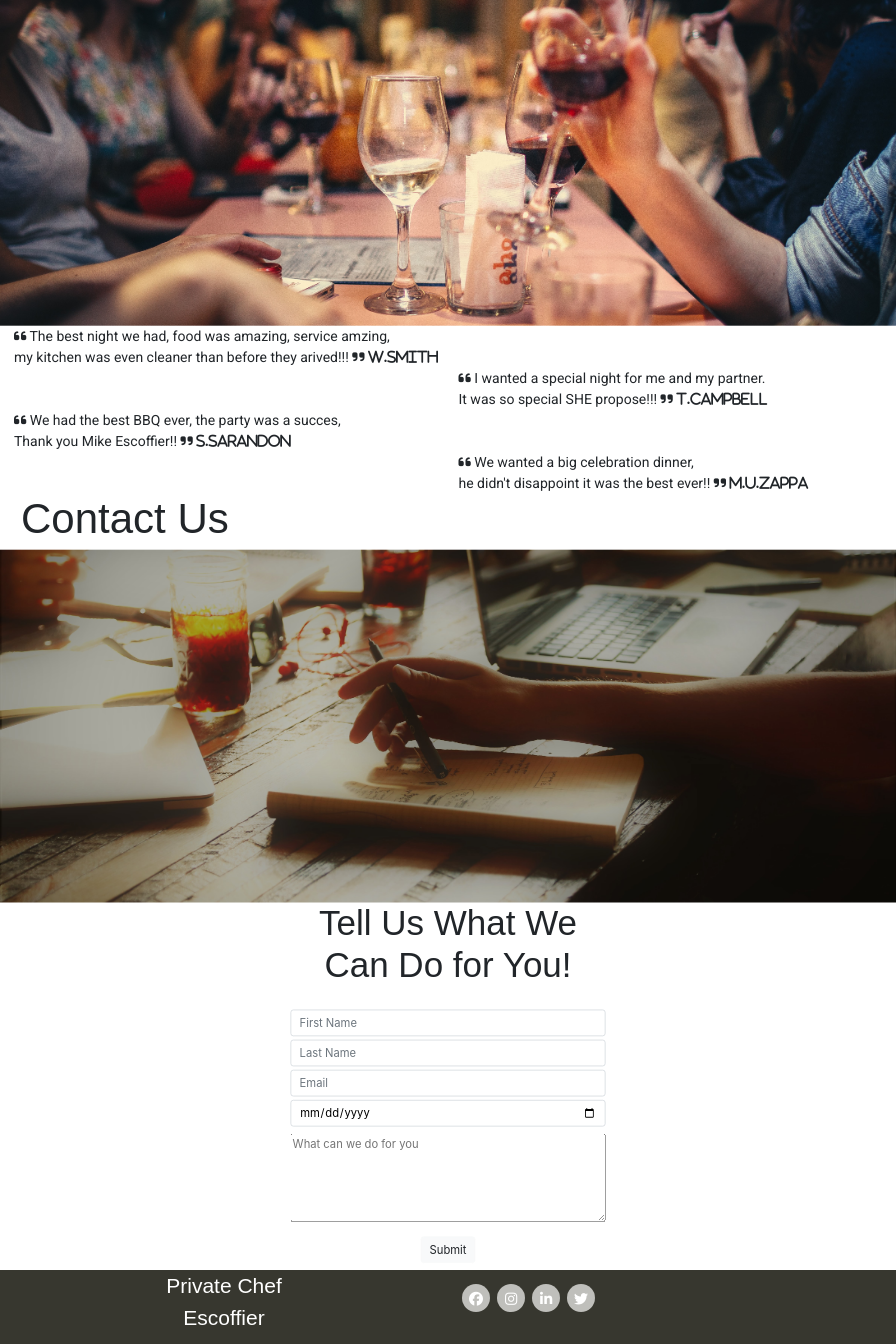
Repository: Mrsebastino/First-Milestone
Page: index.html
The author's editor kept a record of every edit. The page is drawn from the files as they stood at one moment, then again after the next edit.
The browser window is 1280 px wide. The pictures show the part of the page from y = 2046 to 3966 px (the page is 3966 px tall), at 70% of full size.
Backgrounds fixed to the window are drawn as part of the page. Some web fonts or font styles are not loaded; a fallback is used. Some web libraries are served in a nearby version.

Above is the page before.

After the next edit:
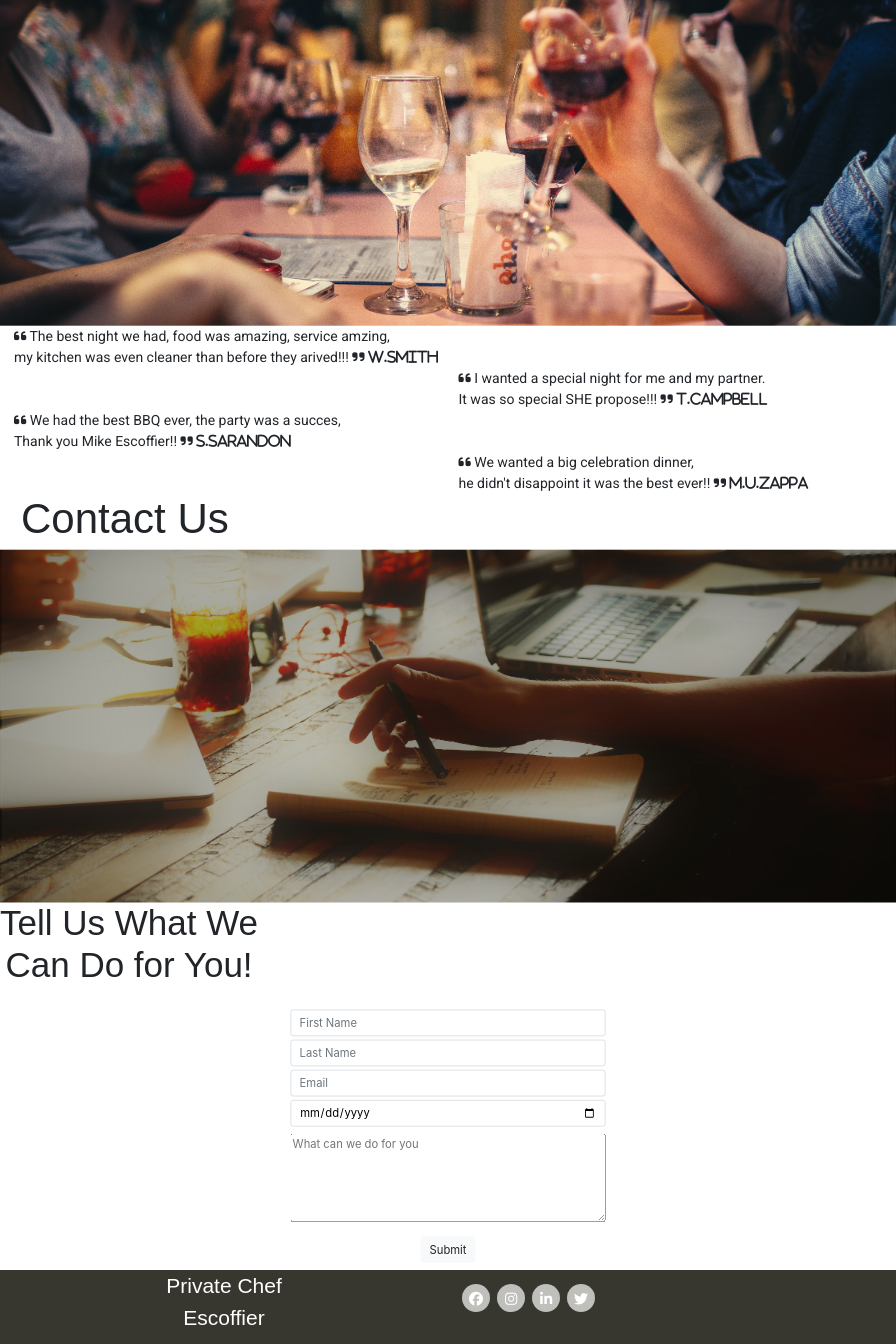
The edit:
--- a/index.html
+++ b/index.html
@@ -128,7 +128,7 @@
         <div class="img-fluid contact-bg"></div>
         <div class="contact-form-section text-center">
             <div class="row">
-                <h2 class="col-sm-12 header">Tell Us What We<br>Can Do for You!</h2>
+                <h2 class="header">Tell Us What We<br>Can Do for You!</h2>
             </div>
             <div id="contact-form">
                 <form action="https://mike.escoffier.com" method="post">
